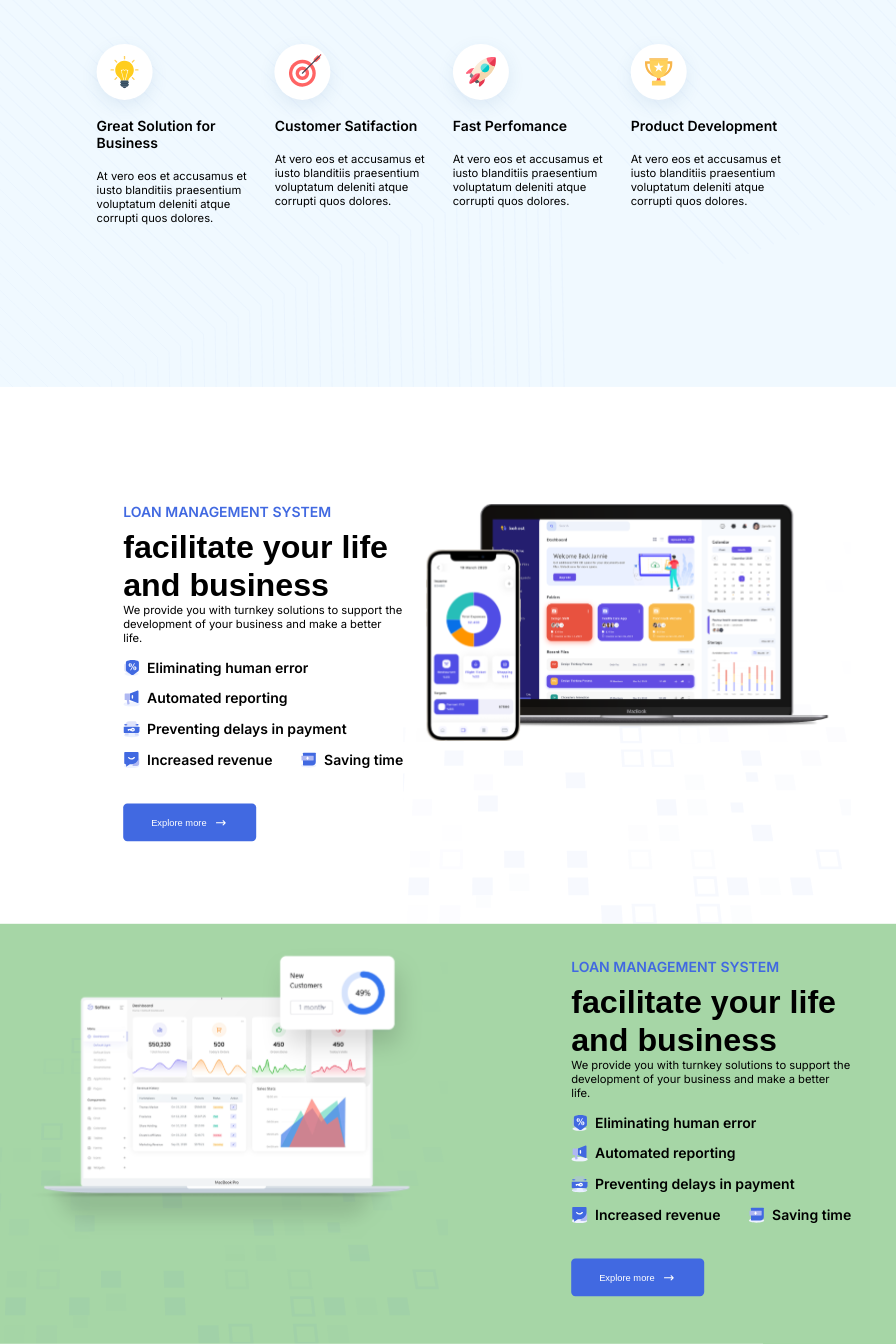
Repository: Chamsmey/static-html-css
Page: index.html
These files come from the project's save history. The page is drawn as it stood at one moment and after a run of saves; the edit follows.
The browser window is 1280 px wide. The pictures show the part of the page from y = 1114 to 3034 px (the page is 3034 px tall), at 70% of full size.
Some web fonts or font styles are not loaded; a fallback is used.

Above is the page before, as saved 2022-11-15 16:52:27.

After the next 3 saves:
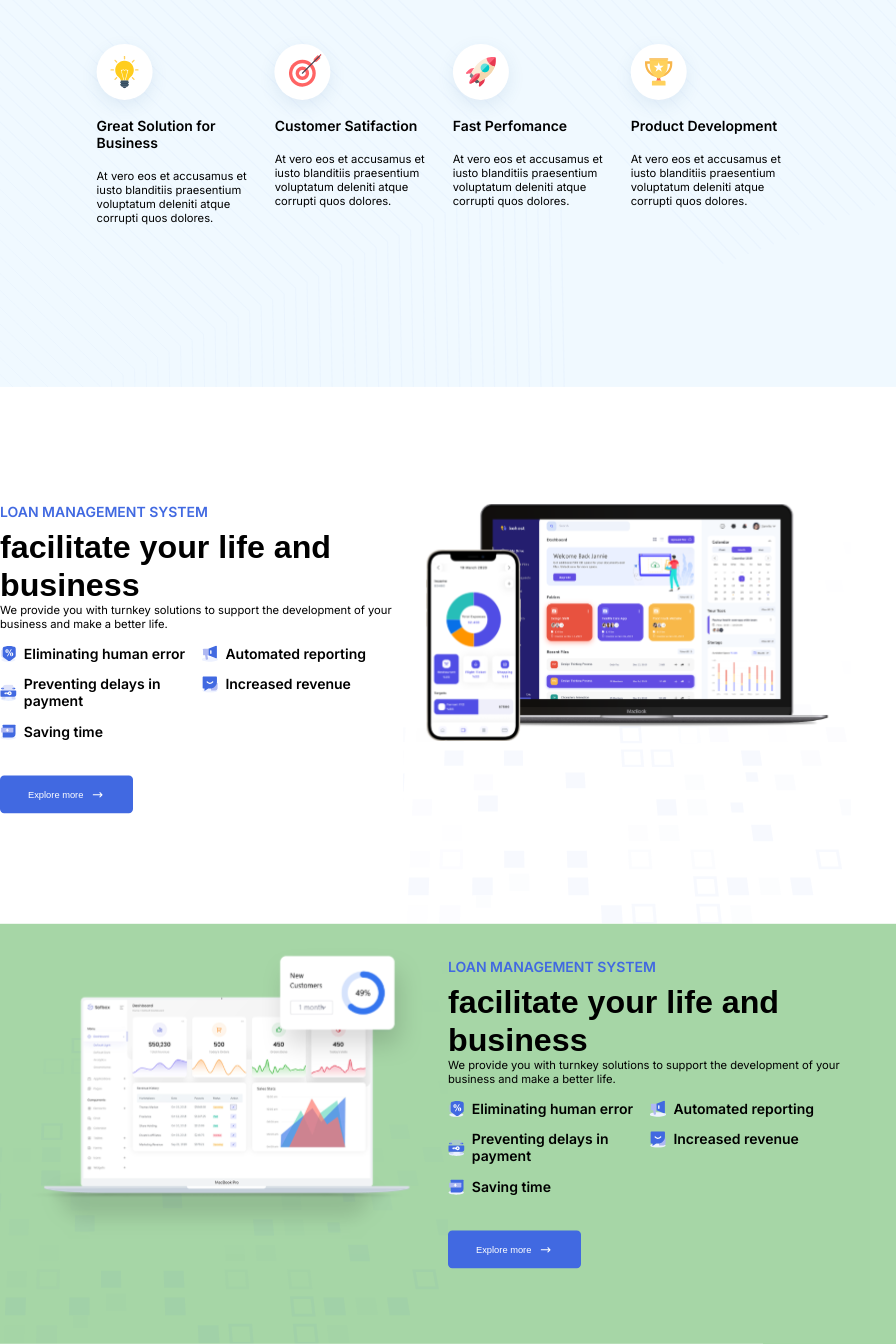
The 3 saves are shown as one change because they came seconds apart.
The last was saved 10 s later.
--- a/css/style.css
+++ b/css/style.css
@@ -427,9 +427,10 @@ height: 300px;
 .product_description{
  width: 45%;
   /* background:red; */
+}
+.pl_11em{
   padding-left: 11em;
 }
-.pl_
 .product_value{
   width: 50%;
 }
